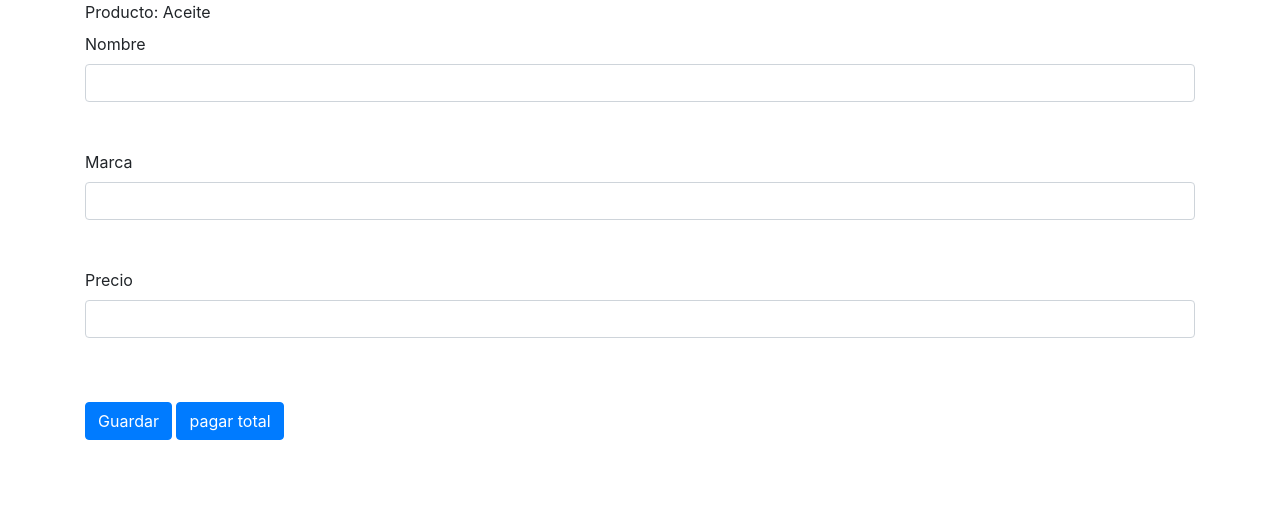
Repository: Alemartinez97/New-Repository
Page: programacion-3/tp4/carrito/detalleCompra/producto.html
An editor plug-in stored every save of this project. The page is shown before and after the next save, followed by the edit.
The browser window is 1280 px wide. The pictures show the whole page.

Above is the page before, as saved 2020-06-18 17:32:39.

After the next save:
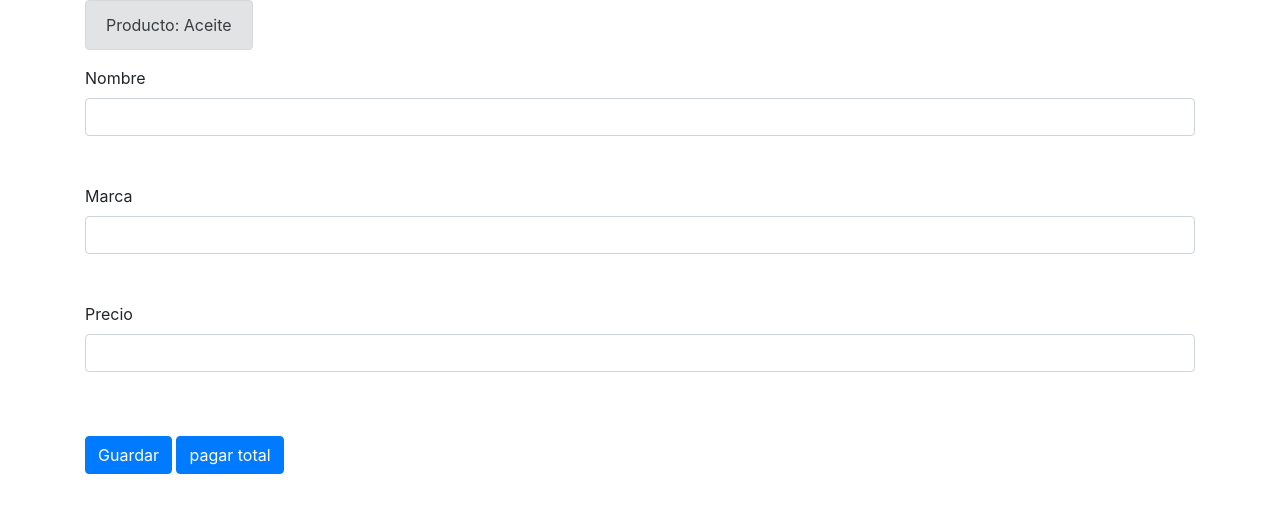
Saved 81 s later.
--- a/programacion-3/tp4/carrito/detalleCompra/producto.html
+++ b/programacion-3/tp4/carrito/detalleCompra/producto.html
@@ -9,7 +9,7 @@
 <body>
     <div class="container">
         <form class="form-group">
-            <label for="codigo" >Producto: Aceite</label>
+            <label for="codigo" class="alert alert-secondary">Producto: Aceite</label>
         </br>
             <label for="">Nombre</label>
             <input type="text" id="nombre" class="form-control"  aria-describedby="emailHelp" required><br>
